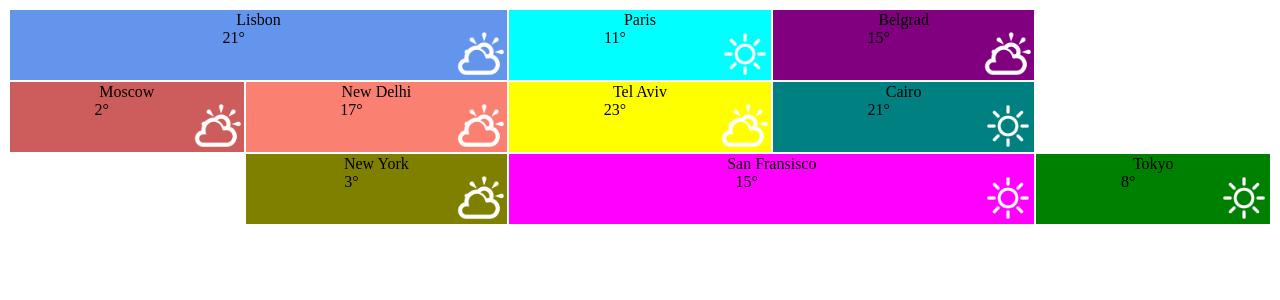
Repository: aysedo/html
Page: Week_2/index.html
An editor plug-in stored every save of this project. The page is shown before and after the next save, followed by the edit.
The browser window is 1280 px wide. The pictures show the whole page.

Above is the page before, as saved 2021-08-24 16:25:55.

### Week_2/index.html
<!DOCTYPE html>
<html lang="en">
  <head>
    <meta charset="UTF-8" />
    <meta http-equiv="X-UA-Compatible" content="IE=edge" />
    <meta name="viewport" content="width=device-width, initial-scale=1.0" />
    <title>Document</title>
  </head>
  <body>
    <table width="100%">
      <th="100%">
        <td colspan="2" bgcolor="cornflowerblue" align="center">
          Lisbon
          <br />
          21°
          <img src="img.png" width="50" align="right" />
        </td>
        <td bgcolor="Aqua" align="center">
          Paris
          <br />
          11°
          <img src="sun.png" width="50" align="right" />
        </td>
        <td bgcolor="Purple" align="center">
          Belgrad
          <br />
          15°
          <img src="img.png" width="50" align="right" />
        </td>
      </tr>
      <th="100%">
        <td bgcolor="Indianred" align="center">
          Moscow
          <br />
          2°
          <img src="img.png" width="50" align="right" />
        </td>
        <td bgcolor="Salmon" align="center">
          New Delhi
          <br />
          17°
          <img src="img.png" width="50" align="right" />
        </td>
        <td bgcolor="Yellow" align="center">
          Tel Aviv
          <br />
          23°
          <img src="img.png" width="50" align="right" />
        </td>
        <td bgcolor="Teal" align="center">
          Cairo
          <br />
          21°
          <img src="sun.png" width="50" align="right" />
        </td>
      </tr>
      <th ">
        <td bgcolor="Olive" align="center">
          New York<br />
          3°
          <img src="img.png" width="50" align="right" />
        </td>
        <td colspan="2" bgcolor="Fuchsia" align="center">
          San Fransisco
          <br />
          15°
          <img src="sun.png" width="50" align="right" />
        </td>
        <td bgcolor="Green" align="center">
          Tokyo
          <br />
          8°
          <img src="sun.png" width="50" align="right" />
        </td>
      </tr>
    </table>
  </body>
</html>

After the next save:
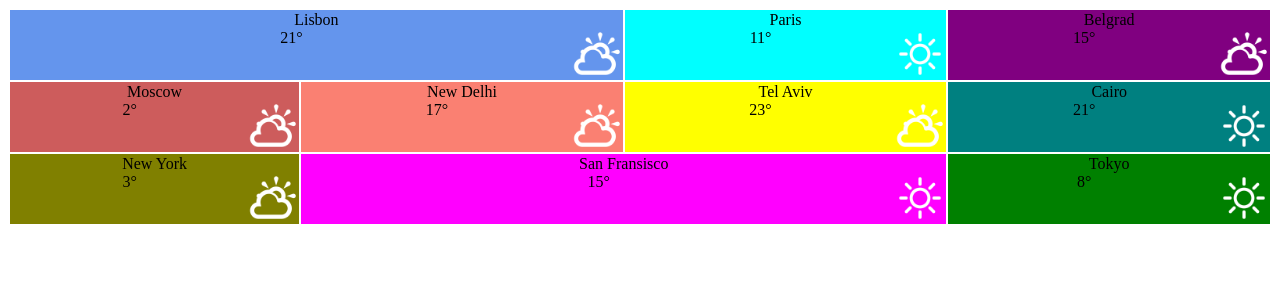
Saved 22 s later.
--- a/Week_2/index.html
+++ b/Week_2/index.html
@@ -54,7 +54,7 @@
           <img src="sun.png" width="50" align="right" />
         </td>
       </tr>
-      <th ">
+      <th="100%">
         <td bgcolor="Olive" align="center">
           New York<br />
           3°
